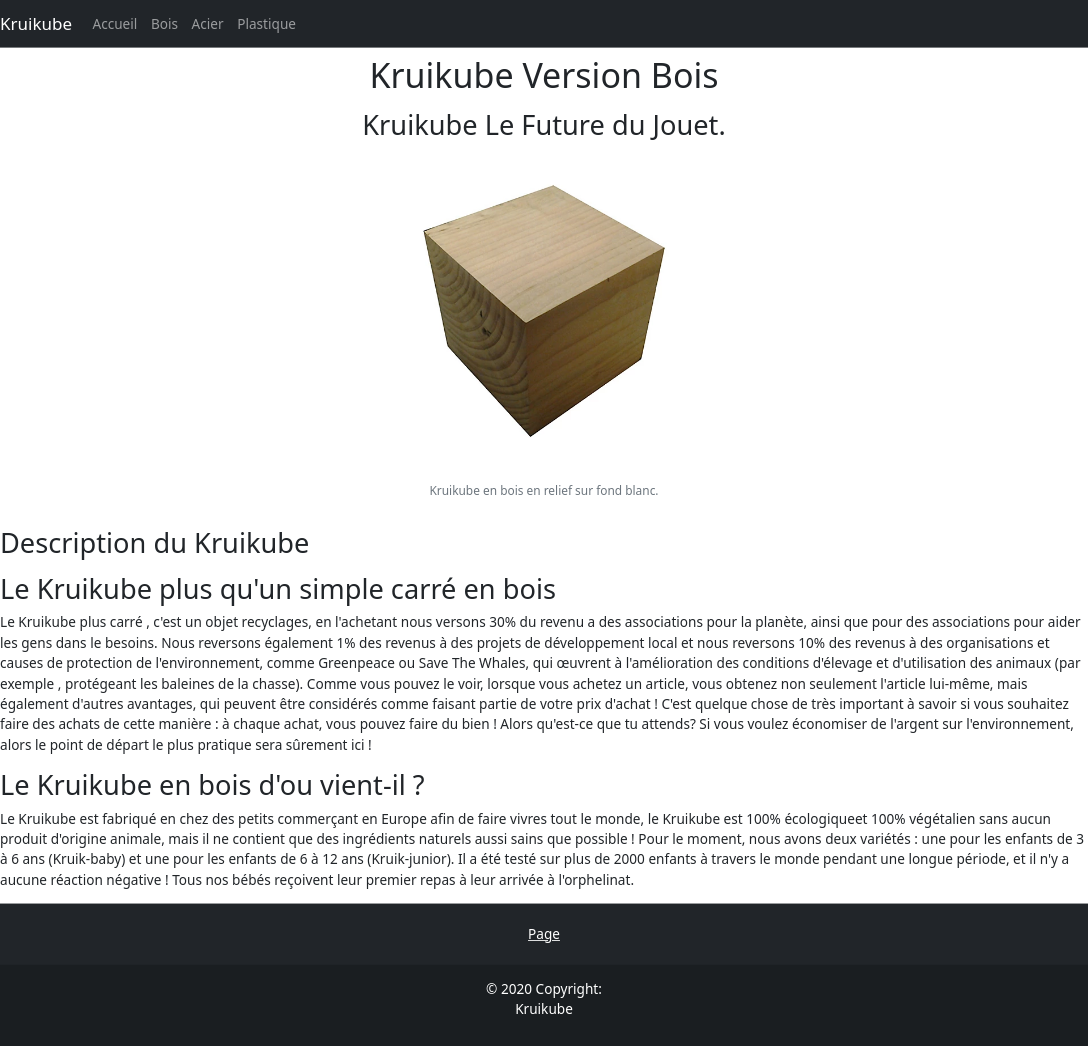
Repository: Kruikube/Kruikube
Page: bois.html
An editor plug-in stored every save of this project. The page is shown before and after the next save, followed by the edit.
The browser window is 1280 px wide. The pictures show the whole page, at 85% of full size.

Above is the page before, as saved 2022-03-31 10:45:45.

### bois.html
<!DOCTYPE html>
<html lang="fr">
<head>
    <head>
        <meta name="google-site-verification" content="rqRWDcKGGp18_3HLGgnKKX7ZpV50yoEMRC7l_c2QEfM" />
        <meta charset="UTF-8" />
        <meta http-equiv="X-UA-Compatible" content="IE=edge" />
        <meta name="viewport" content="width=device-width, initial-scale=1.0" />
        <link
          href="https://cdn.jsdelivr.net/npm/bootstrap@5.1.3/dist/css/bootstrap.min.css"
          rel="stylesheet"
          integrity="sha384-1BmE4kWBq78iYhFldvKuhfTAU6auU8tT94WrHftjDbrCEXSU1oBoqyl2QvZ6jIW3"
          crossorigin="anonymous"
        />
        <title>Kruikube</title>
        <meta
          name="description"
          content="Le Kruikube est un jouet en bois fait pour petits et grands dont la composition peut être aussi en plastique et en acier"
        />
        <meta property="og:title" content="Kruikube" />
        <meta property="og:locale" content="fr_FR" />
        <meta
          property="og:description"
          content="Le Kruikube est un jouet en bois fait pour petits et grands dont la composition peut être aussi en plastique et en acier"
        />
        <meta property="og:url" content="#" />
        <meta property="og:site_name" content="Kruikube" />
        <meta property="og:type" content="website" />
      </head>
</head>
<body>
    <body>
        <nav class="navbar navbar-expand-lg navbar-dark bg-dark">
          <a class="navbar-brand" href="">Kruikube</a>
          <button
            class="navbar-toggler"
            type="button"
            data-toggle="collapse"
            data-target="#navbarSupportedContent"
            aria-controls="navbarSupportedContent"
            aria-expanded="false"
            aria-label="Toggle navigation"
          >
            <span class="navbar-toggler-icon"></span>
          </button>

          <div class="collapse navbar-collapse" id="navbarSupportedContent">
            <ul class="navbar-nav mr-auto">
              <li class="nav-item active">
                <a class="nav-link" href="index.html">Accueil</a>
              </li>
              <li class="nav-item active">
                <a class="nav-link" href="bois.html">Bois</a>
              </li>
              <li class="nav-item active">
                <a class="nav-link" href="acier.html">Acier</a>
              </li>
              <li class="nav-item active">
                <a class="nav-link" href="#">Plastique</a>
              </li>
            </ul>
          </div>
        </nav>
        <section class="module-content">
          <article class="unit-wrapper">
            <div class="unit-copy-wrapper">
              <h1 class="headline d-flex py-2 justify-content-center">Kruikube Version Bois</h1>
              <h2 class="subhead text-center" role="presentation">
                Kruikube Le Future du Jouet.
              </h2>
            </div>
            <figure class="figure d-block mx-auto text-center">
              <img
                class="figure-img img-fluid"
                alt="Kruikube en bois"
                src="bois.webp"
                width="40%"
                height="40%"
              />
              <figcaption class="figure-caption">
                Kruikube en bois en relief sur fond blanc.
              </figcaption>
            </figure>
            <div class="d-flex justify-content-center">
                <p>

                </p>
                </div>
          </article>
        </section>
          <h2>Description du Kruikube</h2>
          <p>

          </p>
          <h2>Le Kruikube plus qu'un simple carré en bois</h2>
          <p>
            Le Kruikube plus carré , c'est un objet recyclages, en l'achetant nous versons 30% du revenu a des associations pour la planète, ainsi que pour des associations pour aider les gens dans le besoins. Nous reversons également 1% des revenus à des projets de développement local et nous reversons 10% des revenus à des organisations et causes de protection de l'environnement, comme Greenpeace ou Save The Whales, qui œuvrent à l'amélioration des conditions d'élevage et d'utilisation des animaux (par exemple , protégeant les baleines de la chasse). Comme vous pouvez le voir, lorsque vous achetez un article, vous obtenez non seulement l'article lui-même, mais également d'autres avantages, qui peuvent être considérés comme faisant partie de votre prix d'achat ! C'est quelque chose de très important à savoir si vous souhaitez faire des achats de cette manière : à chaque achat, vous pouvez faire du bien ! Alors qu'est-ce que tu attends? Si vous voulez économiser de l'argent sur l'environnement, alors le point de départ le plus pratique sera sûrement ici !
          </p>
          <h2>Le Kruikube en bois d'ou vient-il ?</h2>
          <p>
            Le Kruikube est fabriqué en chez des petits commerçant en Europe afin de faire vivres tout le monde, le Kruikube est 100% écologiqueet 100% végétalien sans aucun produit d'origine animale, mais il ne contient que des ingrédients naturels aussi sains que possible ! Pour le moment, nous avons deux variétés : une pour les enfants de 3 à 6 ans (Kruik-baby) et une pour les enfants de 6 à 12 ans (Kruik-junior). Il a été testé sur plus de 2000 enfants à travers le monde pendant une longue période, et il n'y a aucune réaction négative ! Tous nos bébés reçoivent leur premier repas à leur arrivée à l'orphelinat.
          </p>
        <footer class="bg-dark text-center text-white">
          <div class="container p-4 pb-0">
            <section class="mb-4">
              <a href="#" class="text-white">Page</a>
            </section>
          </div>
          <div class="text-center p-3" style="background-color: rgba(0, 0, 0, 0.2)">
            © 2020 Copyright:
            <p class="text-white">Kruikube</p>
          </div>
        </footer>
        <script
          src="https://cdn.jsdelivr.net/npm/bootstrap@5.1.3/dist/js/bootstrap.bundle.min.js"
          integrity="sha384-ka7Sk0Gln4gmtz2MlQnikT1wXgYsOg+OMhuP+IlRH9sENBO0LRn5q+8nbTov4+1p"
          crossorigin="anonymous"
        ></script>
</body>
</html>

After the next save:
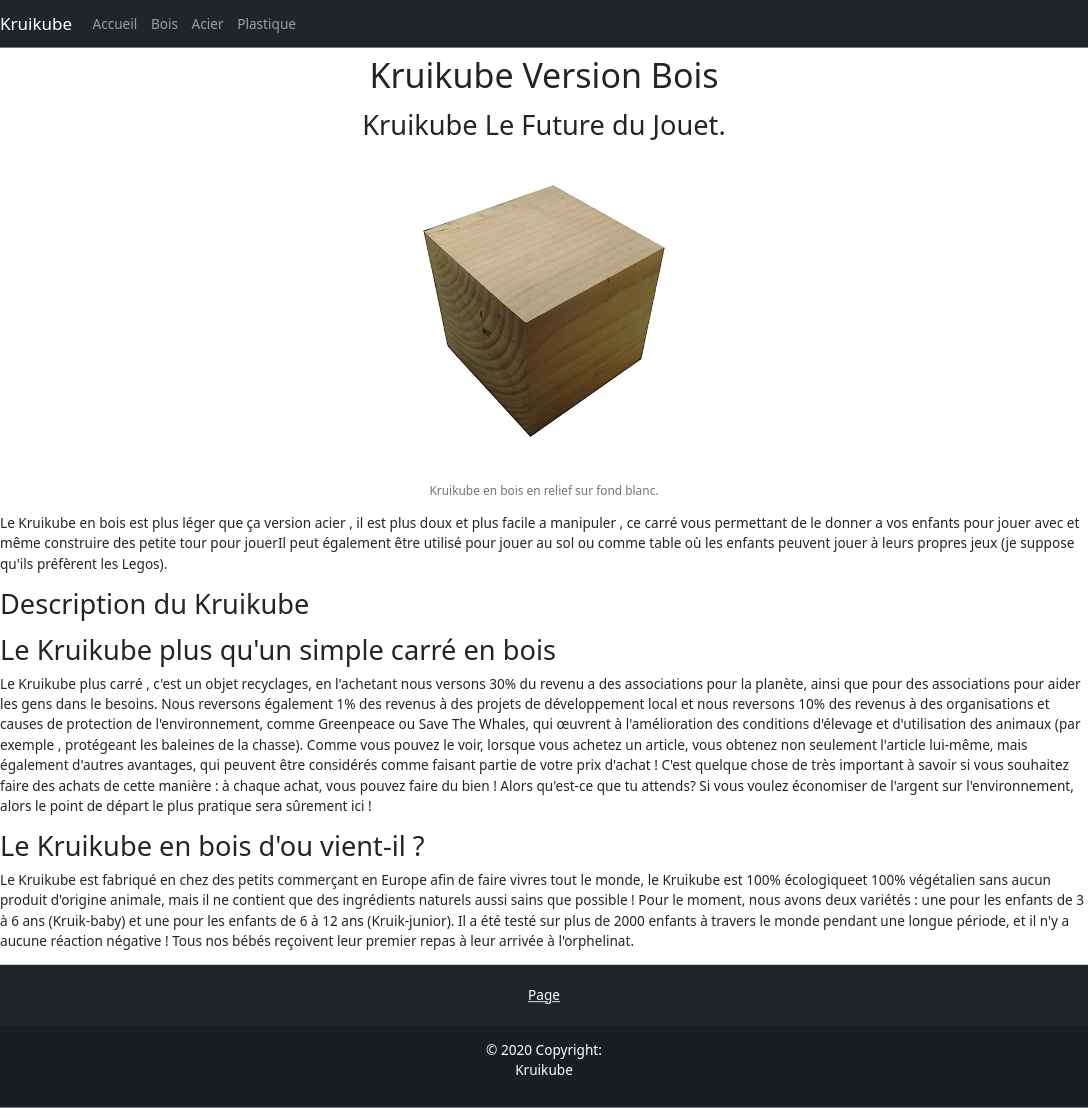
Saved 4 s later.
--- a/bois.html
+++ b/bois.html
@@ -83,7 +83,7 @@
             </figure>
             <div class="d-flex justify-content-center">
                 <p>
-
+                    Le Kruikube en bois est plus léger que ça version acier , il est plus doux et plus facile a manipuler , ce carré vous permettant de le donner a vos enfants pour jouer avec et même construire des petite tour pour jouerIl peut également être utilisé pour jouer au sol ou comme table où les enfants peuvent jouer à leurs propres jeux (je suppose qu'ils préfèrent les Legos).
                 </p>
                 </div>
           </article>
